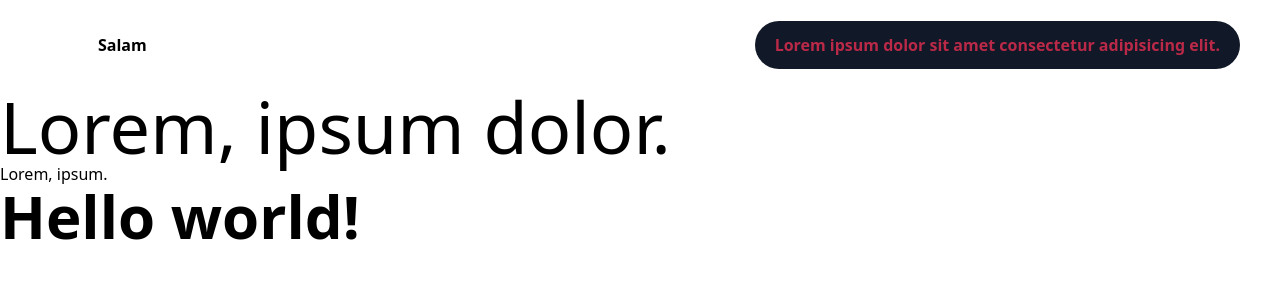
Repository: khaled-m1/Blog-Next.js
Page: /
An editor plug-in stored every save of this project. The page is shown before and after the next save, followed by the edit.
The browser window is 1280 px wide. The pictures show the whole page.
The project was rebuilt for these pictures with package versions that can differ from the ones it lists, and the page was loaded fresh each time. The framework's server and built-in components were replaced by stand-ins that run in the browser. Also part of the build but not shown: next.config.js.

Above is the page before, as saved 2023-01-15 23:45:28.

After the next save:
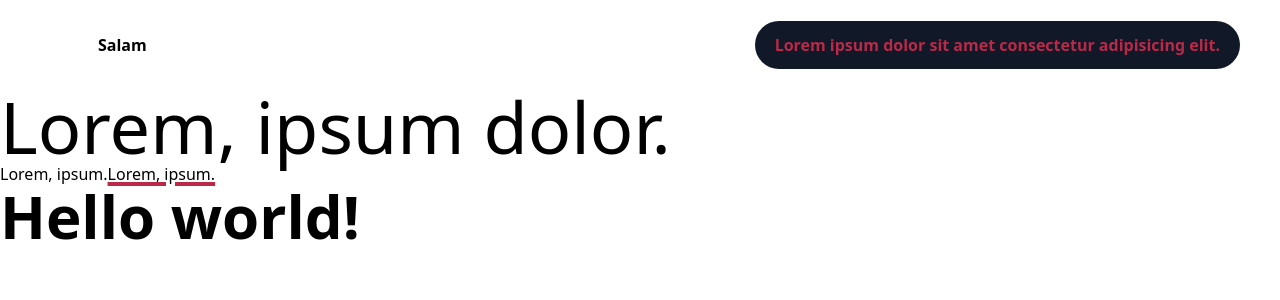
Saved 5 s later.
--- a/components/Bannar.tsx
+++ b/components/Bannar.tsx
@@ -8,7 +8,7 @@ export const Bannar = () => {
       <h2 className="mt-5 md:mt-0">
         Lorem, ipsum.
         <span className="underline decoration-4 decoration-[#BA2948]">
-
+            Lorem, ipsum.
         </span>
       </h2>
       </div>
